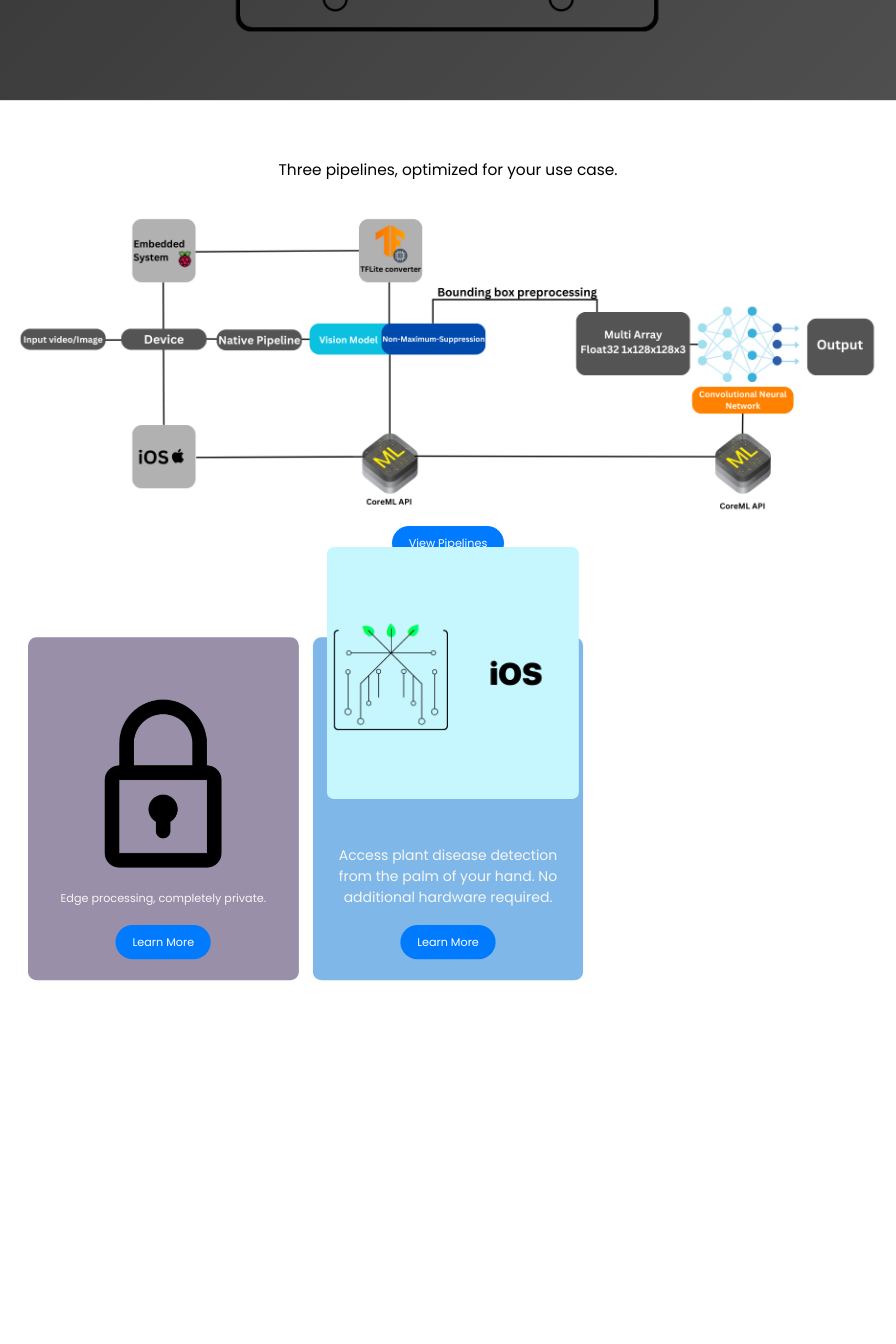
Repository: jss1118/The-Deeproot-Project
Page: Website/index.html
These files come from the project's save history. The page is drawn as it stood at one moment and after the next save; the edit follows.
The browser window is 1280 px wide. The pictures show the part of the page from y = 1039 to 2959 px (the page is 3212 px tall), at 70% of full size.

Above is the page before, as saved 2025-03-21 13:33:09.

### Website/index.html
<!DOCTYPE html>
<html lang="en">

<head>
  <meta charset="UTF-8">
  <meta name="viewport" content="width=device-width, initial-scale=1.0">
  <title>Deeproot A.I</title>
  <link href="https://fonts.googleapis.com/css2?family=Poppins:wght@400;600&display=swap" rel="stylesheet">
  <style>
    body {
      margin: 0;
      font-family: 'Poppins', sans-serif;
      overflow-x: hidden;
      background-color: #f5f5f5;
    }

    nav {
      background: rgba(22, 22, 22, 0.9);
      position: sticky;
      top: 0;
      width: 100%;
      z-index: 1000;
      display: flex;
      justify-content: center;
    }

    .navlinks {
      list-style: none;
      display: flex;
      gap: 30px;
      padding: 15px;
      margin: 0;
    }

    .navlink, .navicon svg {
      color: #d3d3d3;
      text-decoration: none;
      transition: color 0.3s;
    }

    .navlink:hover, .mainpagelink a:hover {
      color: white;
    }

    .mainpage2, .mainpage3, .mainpage4 {
      padding: 60px 20px;
      text-align: center;
    }

    .mainpage2 {
      background: linear-gradient(135deg, #2e2e2e, #4f4f4f);
      color: white;
    }

    .mainpage2 img, .mainpage3 img, .promo1 img {
      max-width: 100%;
      height: auto;

    }

    .mp2-title1 {
      font-size: 56px;
      font-weight: 600;
      margin-bottom: 15px;
    }

    .mp2-desc, .mp3desc {
      font-size: 22px;
      margin-bottom: 25px;
    }

    .mainpagelink a {
      display: inline-block;
      margin: 10px;
      padding: 12px 24px;
      background: #007aff;
      color: white;
      border-radius: 25px;
      text-decoration: none;
      transition: background 0.3s;
    }

    .mainpage3 {
      background: white;
    }

    .mainpage3 img {
      margin-top: 20px;
      border-radius: 12px;
    }

    .mainpage4 {
      display: grid;
      grid-template-columns: repeat(auto-fit, minmax(300px, 1fr));
      gap: 20px;
      background-color: white;
      padding: 40px;
    }

    .promo1, .promo2, .promo3, .promo4, .promo5, .promo6 {
      background-size: cover;
      background-position: center;
      height: 450px;
      display: flex;
      flex-direction: column;
      justify-content: flex-end;
      padding: 20px;
      color: white;
      border-radius: 12px;
      position: relative;
    }

    .promo1 img, .promo2 img, .promo3 img, .promo4 img, .promo5 img, .promo6 img {
      margin-bottom: 10px;
    }

    .promo1 {
      background-color: #9a8fa8;
      color: #f5f5f5;
    }
    .promo2 {
      background-color: #7fb8e8;
      color: #f5f5f5;
      background-size: cover;
      background-position: center;
      height: 450px;
      display: flex;
      flex-direction: column;
      justify-content: flex-end;
      padding: 20px;
      border-radius: 12px;
      position: relative;
    }
    .promo2 p {
      font-size: 20px;
      margin-bottom: 15px;
    }


    .promo1 img {
      width: 240px;
      height: auto;
      margin: 0 auto 15px auto;
      display: block;
      background: none;
    }

    .promo2 img {
      width: 360px;
      height: 400px;
      margin: 0 auto 15px auto;
      display: block;
      border-radius: 10px;
      background-color: rgb(199, 247, 254);
      position: relative;
      bottom: 30px;
    }

    footer {
      background-color: #2e2e2e;
      color: #ccc;
      text-align: center;
      padding: 30px 20px;
      margin-top: 40px;
    }

    footer a {
      color: #007aff;
      text-decoration: underline;
    }

    @media (max-width: 768px) {
      .mp2-title1 { font-size: 40px; }
      .mp2-desc, .mp3desc { font-size: 18px; }
      .mainpagelink a { padding: 10px 20px; }
    }
  </style>
</head>

<body>
  <nav>
    <ul class="navlinks">
      <li><a class="navlink" href="/">iOS</a></li>
      <li><a class="navlink" href="/applestore">Raspberry Pi 5</a></li>
      <li><a class="navlink" href="/">Native</a></li>
      <li><a class="navlink" href="/">State-of-the-art Models</a></li>
      <li><a class="navlink" href="/">Developers</a></li>
    </ul>
  </nav>

  <section class="mainpage2">
    <h1 class="mp2-title1">Deeproot</h1>
    <p class="mp2-desc">Portable. Fast. Secure.</p>
    <p class="mp2-desc">The all-in-one automated solution for early plant disease detection.</p>
    <div class="mainpagelink"><a href="#">Learn More</a></div>
    <img src="wide logo.png" alt="Deeproot Logo">
  </section>

  <section class="mainpage3">
    <p class="mp3desc">Three pipelines, optimized for your use case.</p>
    <img src="newgraph.png" alt="Machine Learning Pipelines">
    <div class="mainpagelink"><a href="#">View Pipelines</a></div>
  </section>

  <section class="mainpage4">
    <div class="promo1">
      <img src="lock.fill.png" alt="Promo icon">
      <p>Edge processing, completely private.</p>
      <div class="mainpagelink"><a href="#">Learn More</a></div>
    </div>
    <div class="promo2">
      <img src="deeprootios.png" alt="ios icon">
      <p>Access plant disease detection from the palm of your hand. No additional hardware required.</p>
      <div class="mainpagelink"><a href="#">Learn More</a></div>
    </div>



    <div class="promo3"></div>
    <div class="promo4"></div>
    <div class="promo5"></div>
    <div class="promo6"></div>
  </section>

  <footer>
    <p>The Deeproot Project by <a href="https://github.com/iamreiyn">Josh Stanley</a></p>
    <p>Deeproot started by Josh Stanley as an 8th grade science project and grew into a full application, helping farmers detect plant diseases early. It combines deep learning and computer vision to protect crops in a cost-effective and automated way.</p>
  </footer>
</body>
</html>

After the next save:
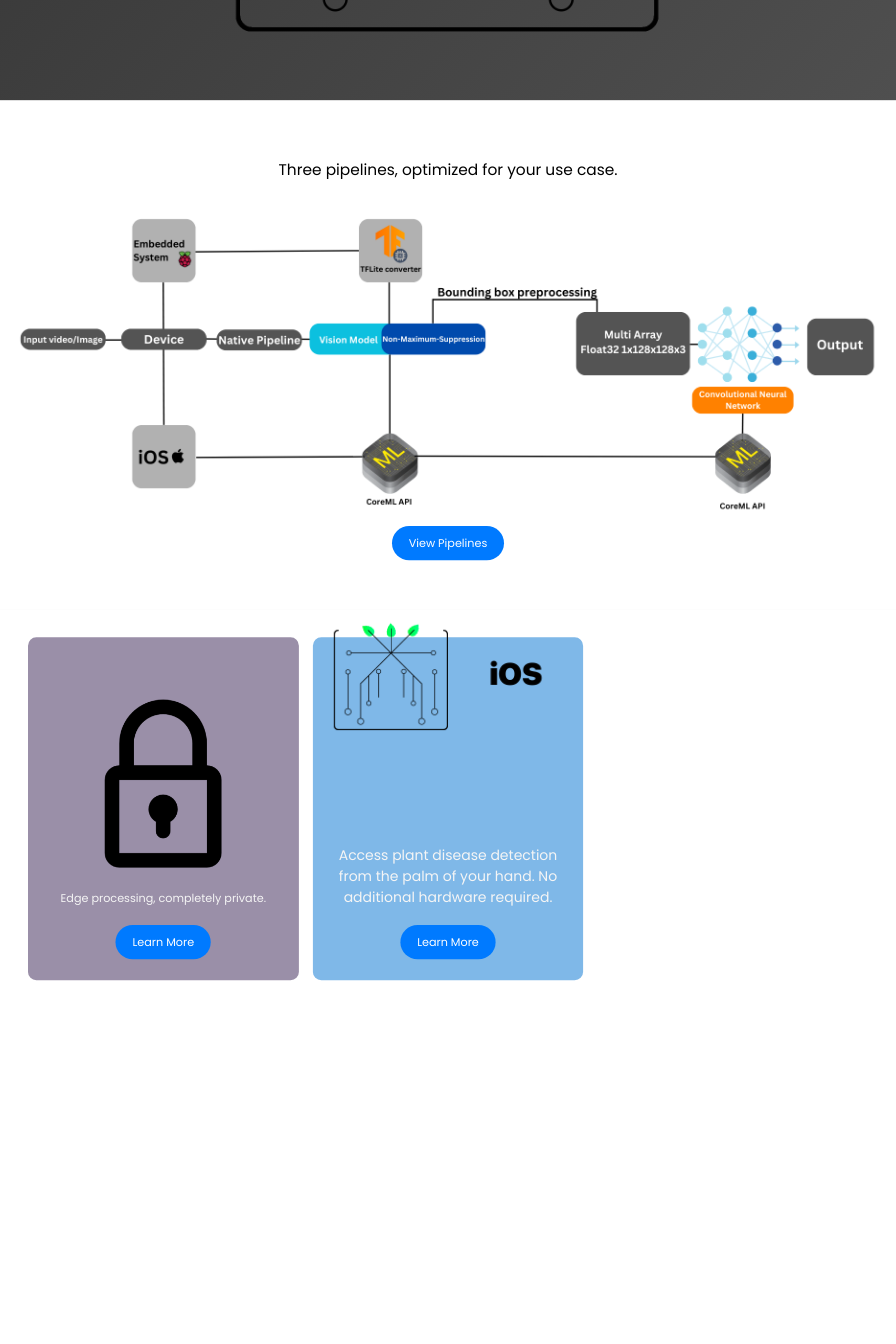
Saved 10 s later.
--- a/Website/index.html
+++ b/Website/index.html
@@ -151,7 +151,7 @@
       margin: 0 auto 15px auto;
       display: block;
       border-radius: 10px;
-      background-color: rgb(199, 247, 254);
+
       position: relative;
       bottom: 30px;
     }
